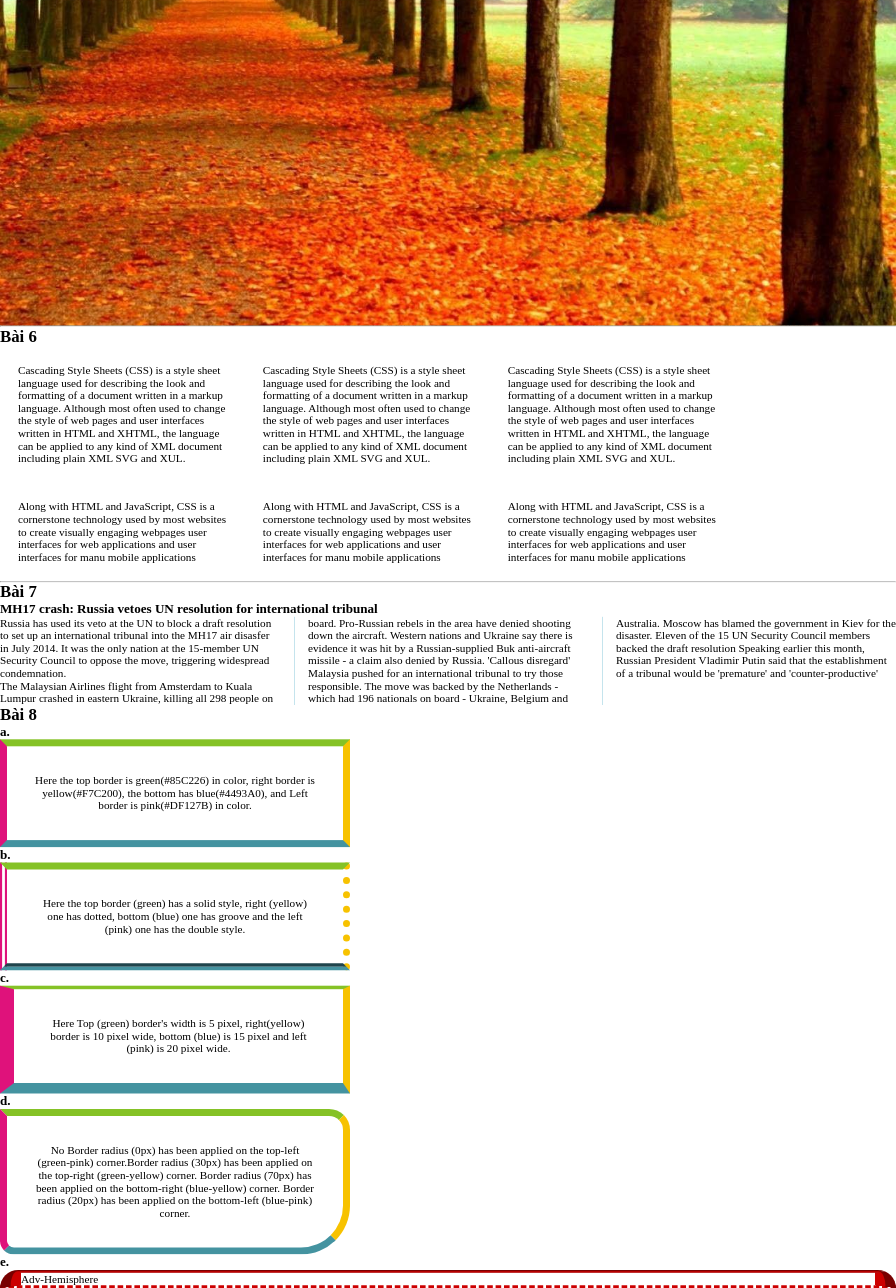
Repository: hoangnguyen1903/STT_21084321_NguyenHuyHoang_DHKHMT17B
Page: html/index.html
These files come from the project's save history. The page is drawn as it stood at one moment and after the next save; the edit follows.
The browser window is 1280 px wide. The pictures show the part of the page from y = 1493 to 3413 px (the page is 3333 px tall before and 3413 px after), at 70% of full size.

Above is the page before, as saved 2023-03-03 14:52:48.

After the next save:
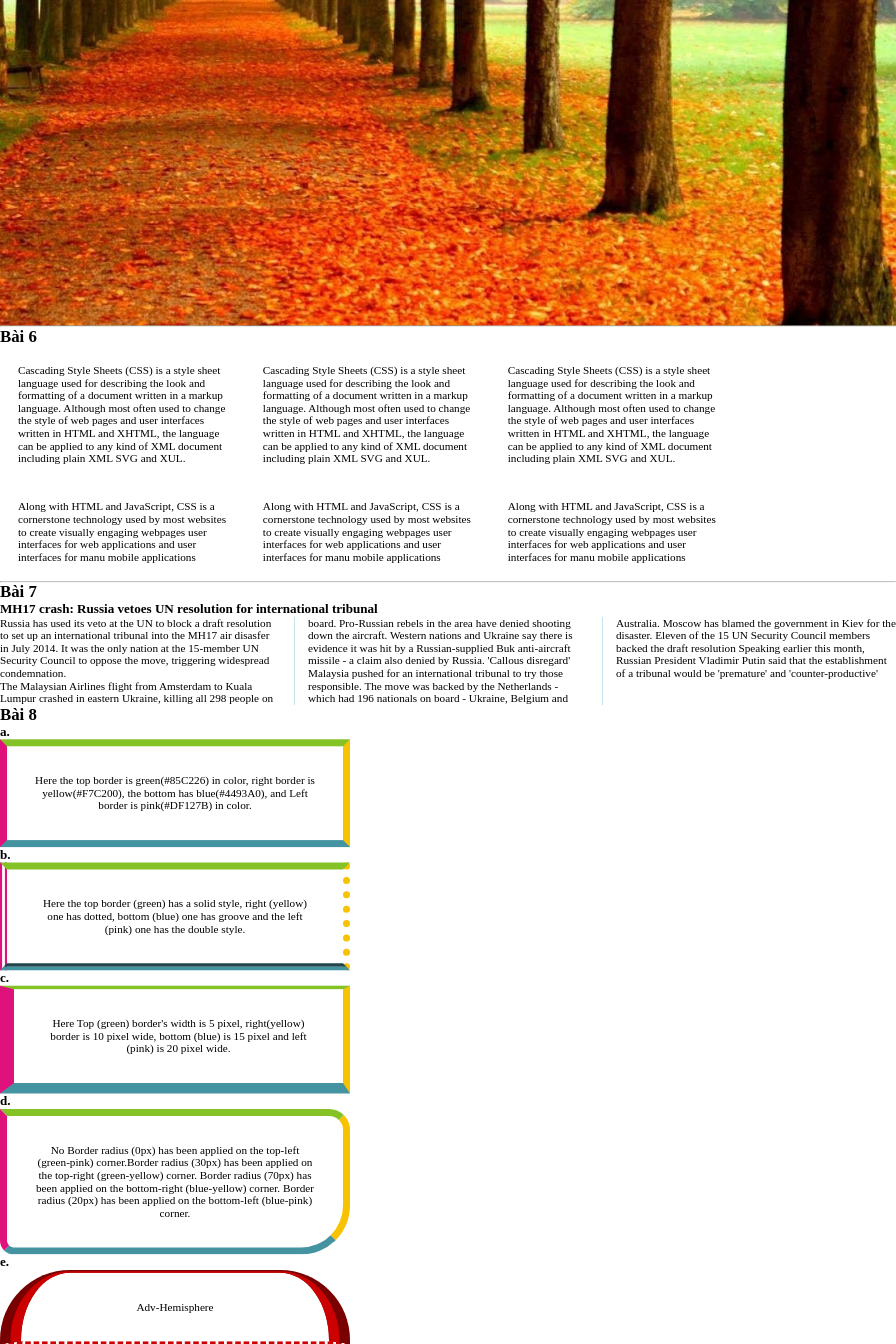
Saved 38 s later.
--- a/html/index.html
+++ b/html/index.html
@@ -132,6 +132,9 @@
       }
 
       #bai8 > .bai8e {
+        width: 500px;
+        padding: 40px;
+        text-align: center;
         border-width: 4px 30px 4px 30px;
         border-style: groove ridge dashed groove;
         border-color: #cc0000;
